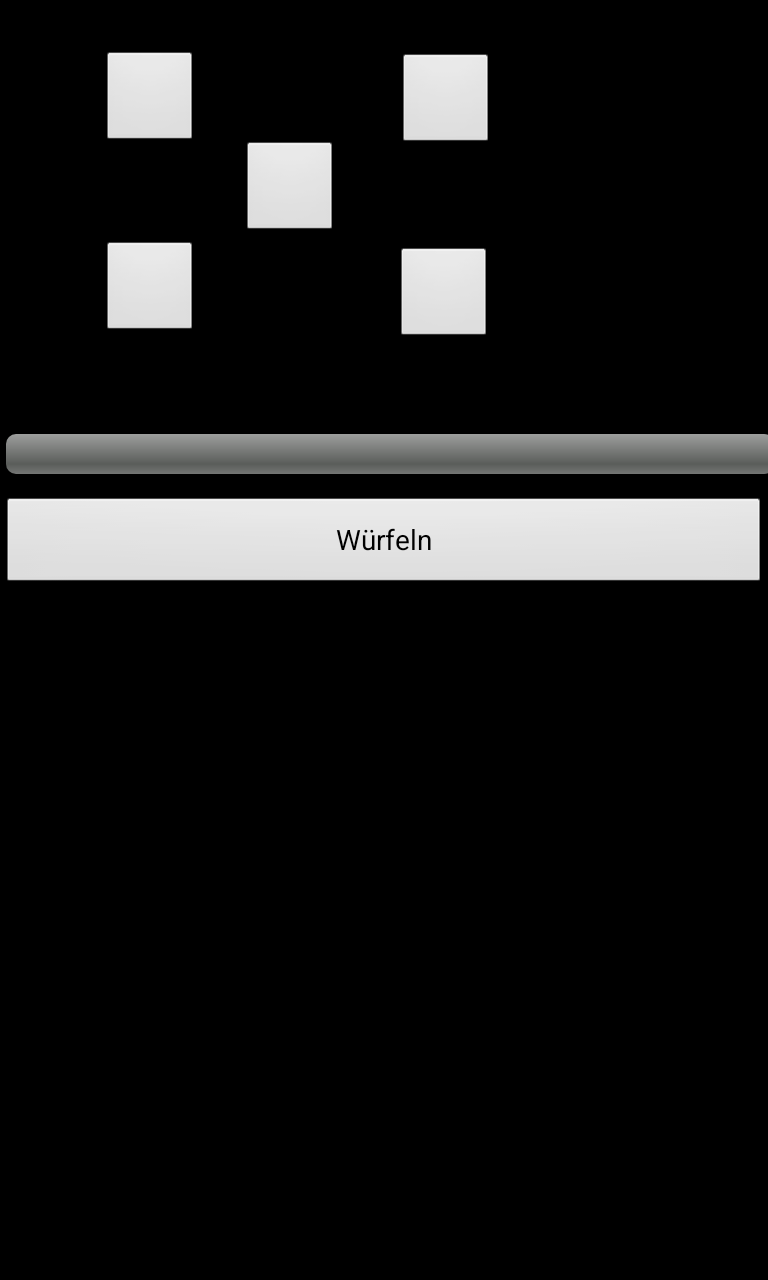
Repository: Lemkerene/App
Layout: kniffel/res/layout/wurfel.xml
These files come from the project's save history. The layout is drawn as it stood at one moment and after the next save; the edit follows.
It is drawn on a 768 x 1280 px phone screen (xhdpi) without system bars, with theme android:Theme; the app's code is not run.

Above is the layout before, as saved 2012-08-05 11:29:10.

### kniffel/res/layout/wurfel.xml
<?xml version="1.0" encoding="utf-8"?>
<AbsoluteLayout xmlns:android="http://schemas.android.com/apk/res/android"
    android:id="@+id/AbsoluteLayout1"
    android:layout_width="fill_parent"
    android:layout_height="fill_parent" >

    <ProgressBar
        android:id="@+id/progressBar1"
        style="?android:attr/progressBarStyleHorizontal"
        android:layout_width="match_parent"
        android:layout_height="wrap_content"
        android:layout_x="3dp"
        android:layout_y="217dp" />


    <Button
        android:id="@+id/button6"
        android:layout_width="match_parent"
        android:layout_height="wrap_content"
        android:layout_x="0dp"
        android:layout_y="248dp"
        android:onClick="OnClickW"
        android:text="@string/wurf" />

    <Button
        android:id="@+id/wu3"
        android:layout_width="50"
        android:layout_height="50"
        android:layout_x="120dp"
        android:layout_y="70dp"
        android:onClick="OnClickSperr" />

    <Button
        android:id="@+id/wu2"
        android:layout_width="50"
        android:layout_height="50"
        android:layout_x="198dp"
        android:layout_y="26dp"
        android:onClick="OnClickSperr" />

    <Button
        android:id="@+id/wu5"
        android:layout_width="50"
        android:layout_height="50"
        android:layout_x="197dp"
        android:layout_y="123dp"
        android:onClick="OnClickSperr" />

    <Button
        android:id="@+id/wu1"
        android:layout_width="50dp"
        android:layout_height="50dp"
        android:layout_x="50dp"
        android:layout_y="25dp"
        android:onClick="OnClickSperr" />

    <Button
        android:id="@+id/wu4"
        android:layout_width="50"
        android:layout_height="50"
        android:layout_x="50dp"
        android:layout_y="120dp"
        android:onClick="OnClickSperr" />

</AbsoluteLayout>

### kniffel/res/values/strings.xml
<?xml version="1.0" encoding="utf-8"?>
<resources>

    <string name="hello">Hello World, KniffelActivity!</string>
    <string name="app_name">Kniffel</string>
    <color name="myColor">#ff0000</color>

    <string name="einer">Einer</string>
    <string name="zweier">Zweier</string>
    <string name="dreier">Dreier</string>
    <string name="vierer">Vierer</string>
    <string name="funfer">Fünferer</string>
    <string name="sechser">Sechser</string>

    <string name="dreierpasch">Dreier Pasch</string>
    <string name="viererpasch">Vierer Pasch</string>
    <string name="fullhouse">Fullhouse</string>
    <string name="kleinestr">Kleine Strasse</string>
    <string name="grostr">Große Strasse</string>
    <string name="kniffel">Kniffel</string>
    <string name="chance">Chance</string>

    <string name="gesoben">Gesamt Oben</string>
    <string name="gesoben2">Gesamt Oben mit Bonus</string>
    <string name="gesunten">Gesamt Unten</string>
    <string name="ges">Gesamt</string>
    <string name="bon">Bonus</string>
    <string name="wurf">Würfeln</string>
    <string name="name">Name</string>






</resources>

After the next save:
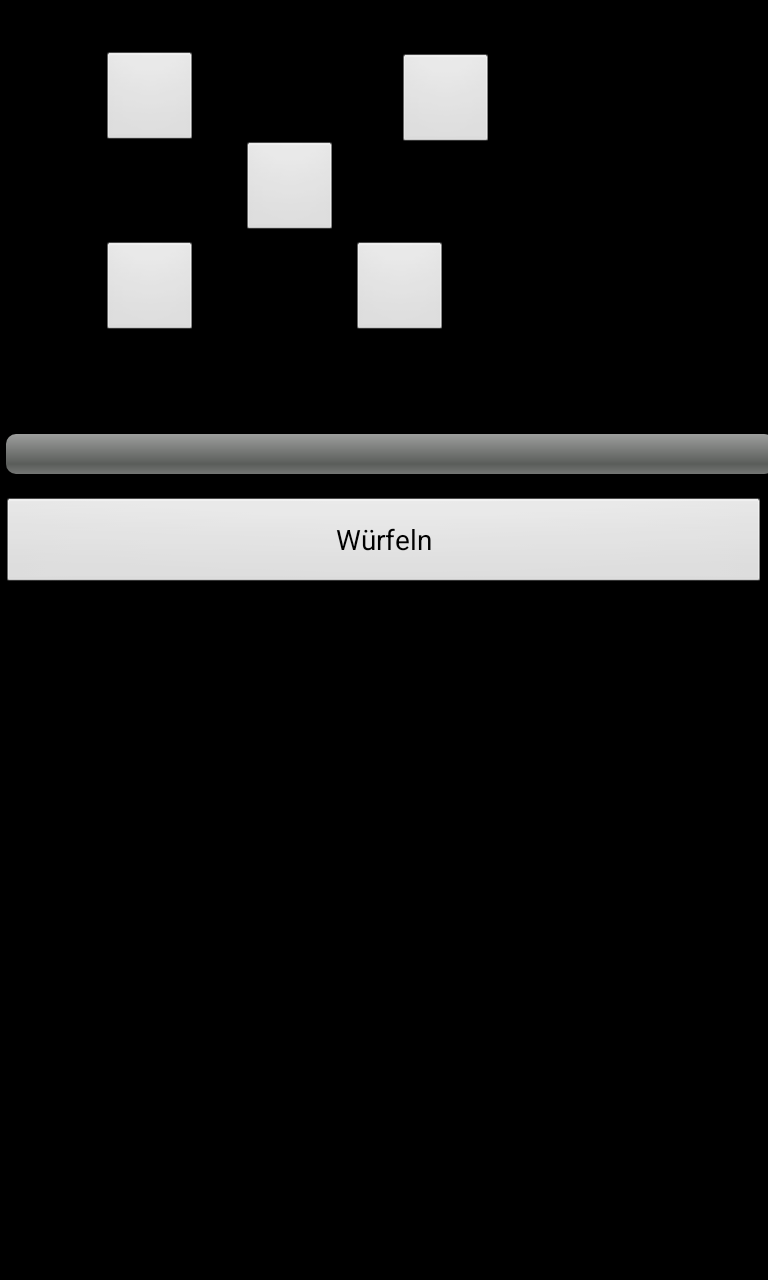
Saved 51 s later.
--- a/kniffel/res/layout/wurfel.xml
+++ b/kniffel/res/layout/wurfel.xml
@@ -42,8 +42,8 @@
         android:id="@+id/wu5"
         android:layout_width="50"
         android:layout_height="50"
-        android:layout_x="197dp"
-        android:layout_y="123dp"
+        android:layout_x="175dp"
+        android:layout_y="120dp"
         android:onClick="OnClickSperr" />
 
     <Button
